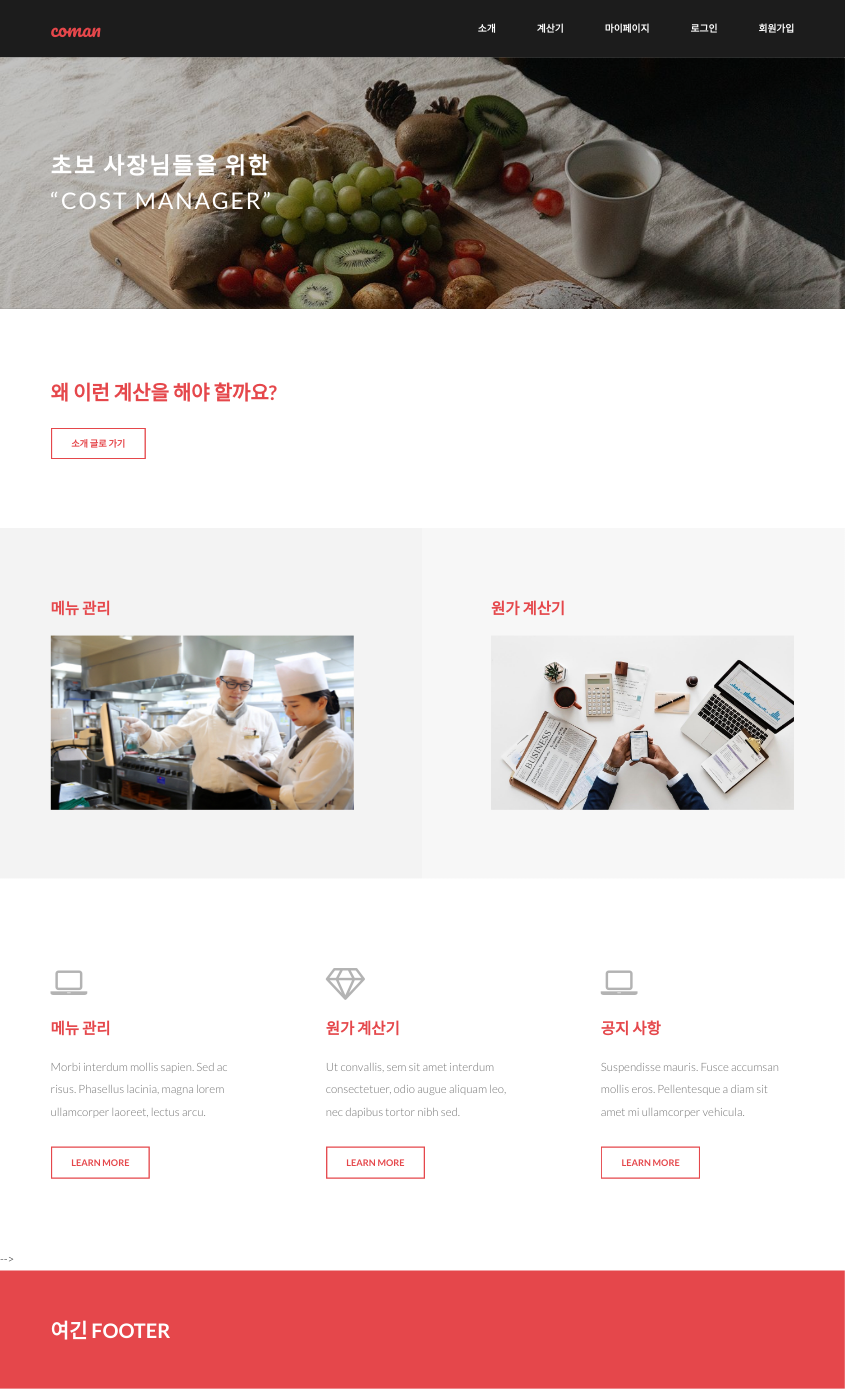
Repository: sseongsu/web1
Page: http://localhost/Project/
An editor plug-in stored every save of this project. The page is shown before and after the next save, followed by the edit.
The browser window is 1280 px wide. The pictures show the whole page, at 66% of full size.
The page is served by Tomcat 9.

Above is the page before, as saved 2021-03-12 05:44:33.

After the next save:
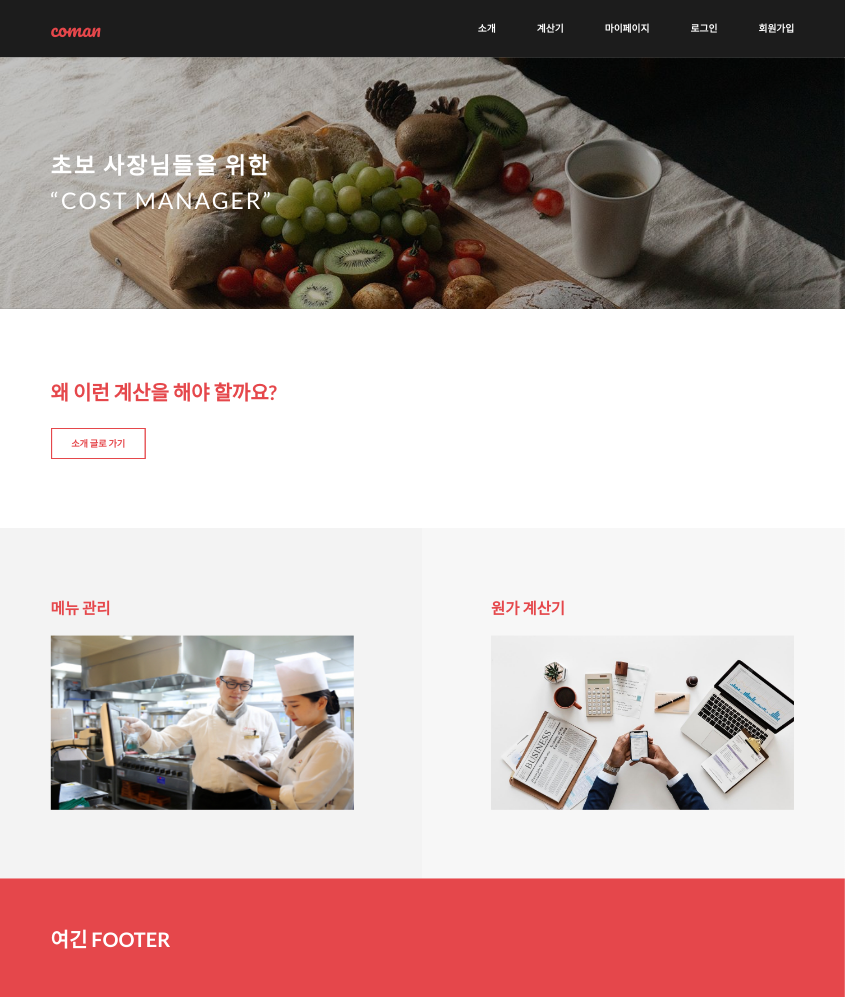
Saved 16 s later.
--- a/Project/src/main/webapp/index.jsp
+++ b/Project/src/main/webapp/index.jsp
@@ -75,7 +75,8 @@
 					</article>
 				</div>
 			</section>
-		<!-- <!-- Three -->
+		<!-- Three -->
+		<!--
 			<section id="three">
 				<div class="inner">
 					<article>
@@ -115,7 +116,8 @@
 						</div>
 					</article>
 				</div>
-			</section> -->
+			</section>
+		 -->
 
 		<!-- Footer -->
 			<section id="footer">
